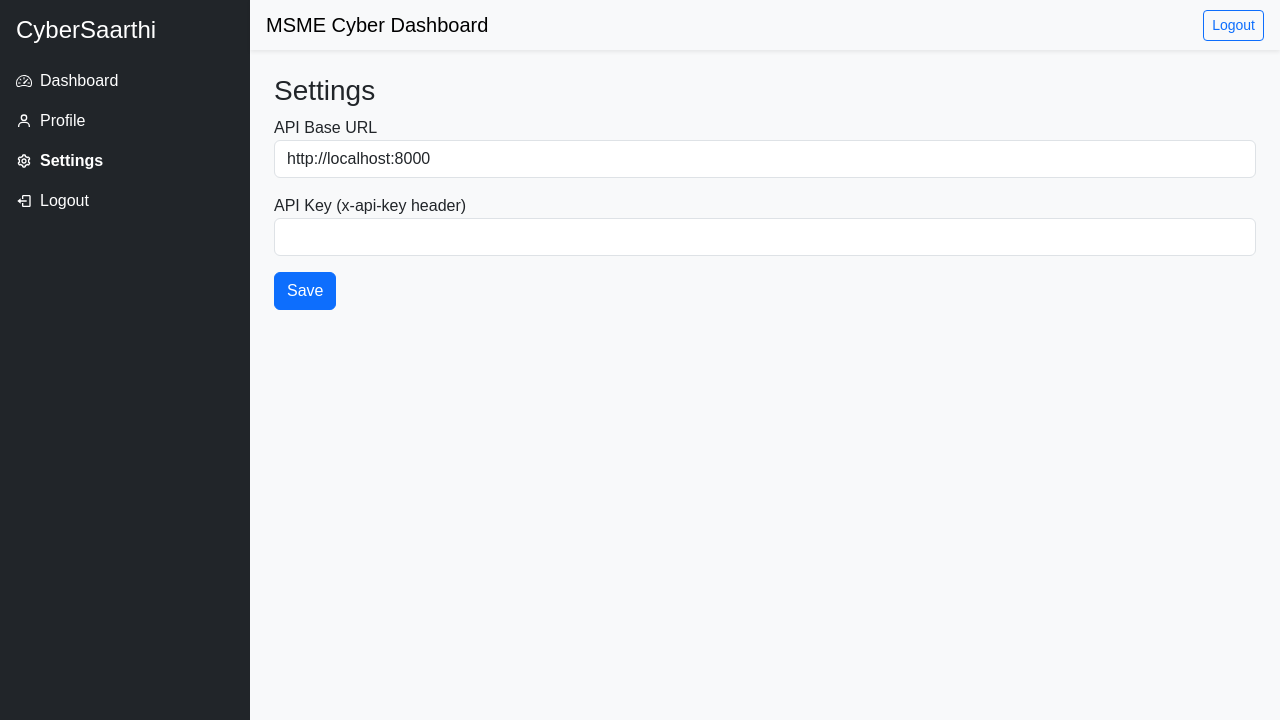
Repository: riyaaaa19/CyberSaarthi
Page: /settings (app in frontend/)
These files come from the project's save history. The page is drawn as it stood at one moment and after the next save; the edit follows.
The browser window is 1280 px wide. The pictures show the whole page.
The project was rebuilt for these pictures with package versions that can differ from the ones it lists, and the page was loaded fresh each time. Also part of the build but not shown: frontend/vite.config.ts, frontend/src/pages/Dashboard.js, frontend/src/pages/Invoice.js, frontend/src/pages/Reports.js.

Above is the page before, as saved 2025-08-20 22:19:44.

After the next save:
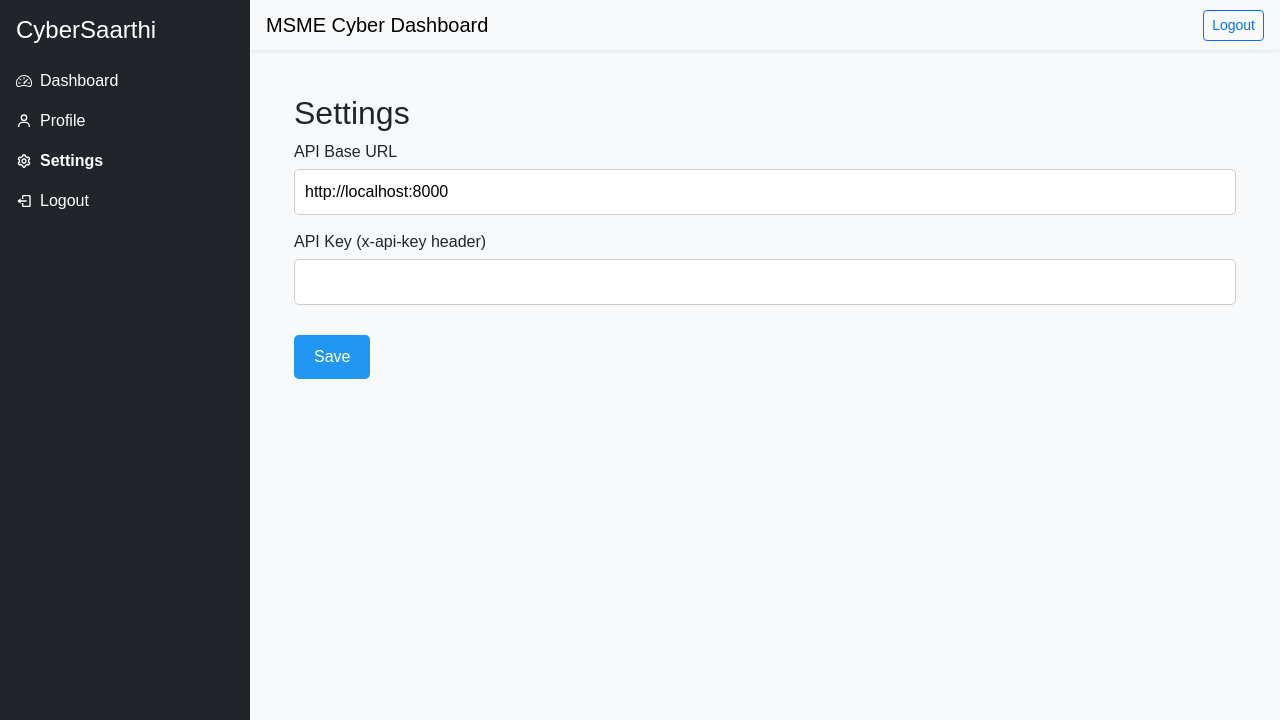
Saved 13 s later.
--- a/frontend/src/pages/Settings.js
+++ b/frontend/src/pages/Settings.js
@@ -1,13 +1,13 @@
-import React, { useState, useEffect } from "react";
+import React, { useState } from "react";
 import { setRuntimeConfig, API_BASE } from "../services/api";
 
 function Settings() {
   const [apiBase, setApiBase] = useState(window.localStorage.getItem('API_BASE') || API_BASE || "http://localhost:8000");
   const [apiKey, setApiKey] = useState(window.localStorage.getItem('API_KEY') || "");
 
-  useEffect(()=> {
-    // nothing extra
-  },[]);
+  const container = { padding:"20px" };
+  const inputStyle = { width:"100%", padding:"10px", border:"1px solid #ccc", borderRadius:"5px", marginTop:"5px" };
+  const buttonStyle = { marginTop:"15px", padding:"10px 20px", border:"none", borderRadius:"5px", background:"#2196f3", color:"white", cursor:"pointer" };
 
   const save = () => {
     setRuntimeConfig({ apiBase, apiKey });
@@ -15,17 +15,17 @@ function Settings() {
   };
 
   return (
-    <div>
-      <h3>Settings</h3>
-      <div className="mb-3">
+    <div style={container}>
+      <h2>Settings</h2>
+      <div style={{ marginBottom:"15px" }}>
         <label>API Base URL</label>
-        <input className="form-control" value={apiBase} onChange={(e)=>setApiBase(e.target.value)} />
+        <input style={inputStyle} value={apiBase} onChange={(e)=>setApiBase(e.target.value)} />
       </div>
-      <div className="mb-3">
+      <div style={{ marginBottom:"15px" }}>
         <label>API Key (x-api-key header)</label>
-        <input className="form-control" value={apiKey} onChange={(e)=>setApiKey(e.target.value)} />
+        <input style={inputStyle} value={apiKey} onChange={(e)=>setApiKey(e.target.value)} />
       </div>
-      <button className="btn btn-primary" onClick={save}>Save</button>
+      <button style={buttonStyle} onClick={save}>Save</button>
     </div>
   );
 }
